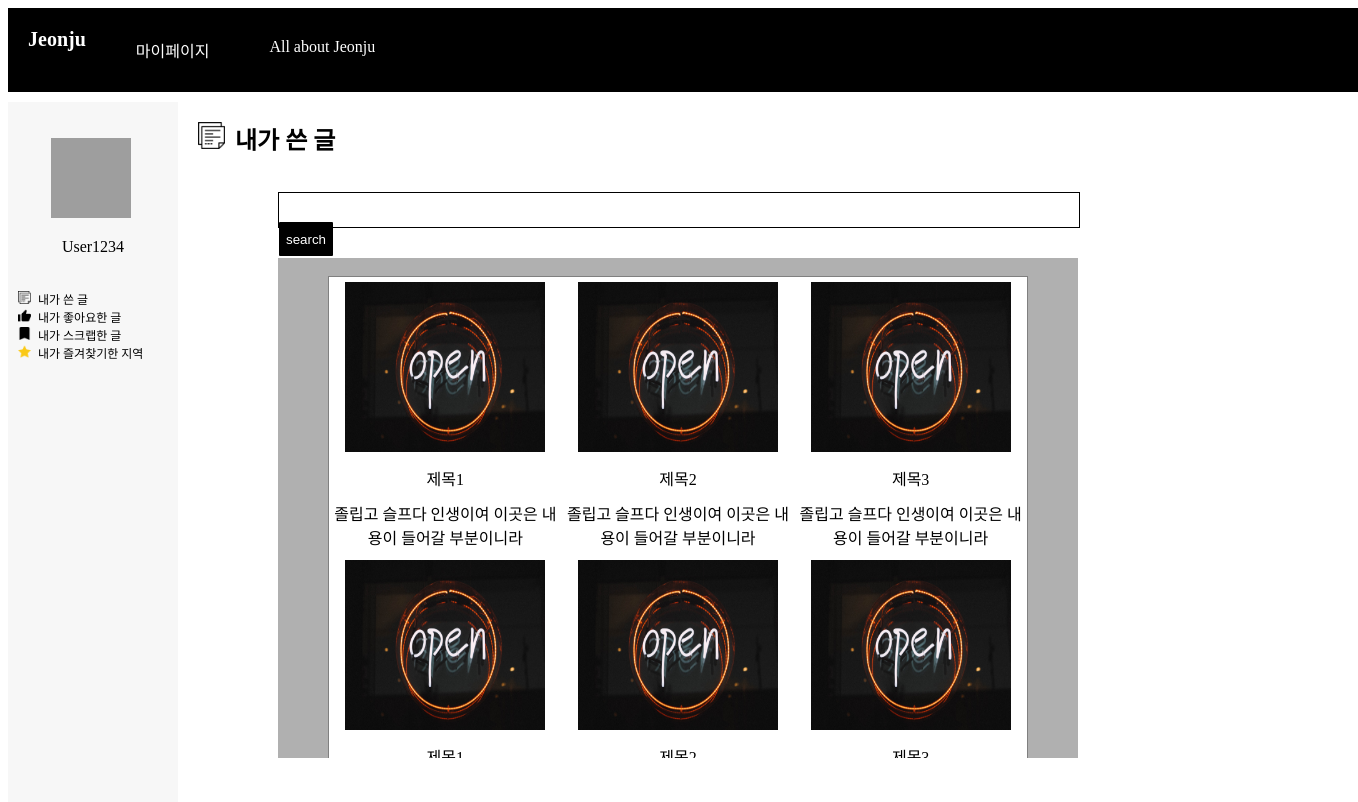
Repository: wka99/WEB-PROJECT
Page: http://localhost/Jeonju/UserPage.html
The author's editor kept a copy of each file at every save. The page is drawn from the files as they stood at one save, then again after the next save.
The browser window is 1280 px wide. The page is 1358 px wide, so the pictures cover 1358 px, including what lies to the right of the window. The pictures show the whole page.
Pictures or frames that could not be fetched are drawn as grey boxes. An inner scrolling area shows only its first screen. Some web libraries are served in a nearby version. The page is served by Tomcat 9.

Above is the page before, as saved 2018-12-03 08:14:32.

After the next save:
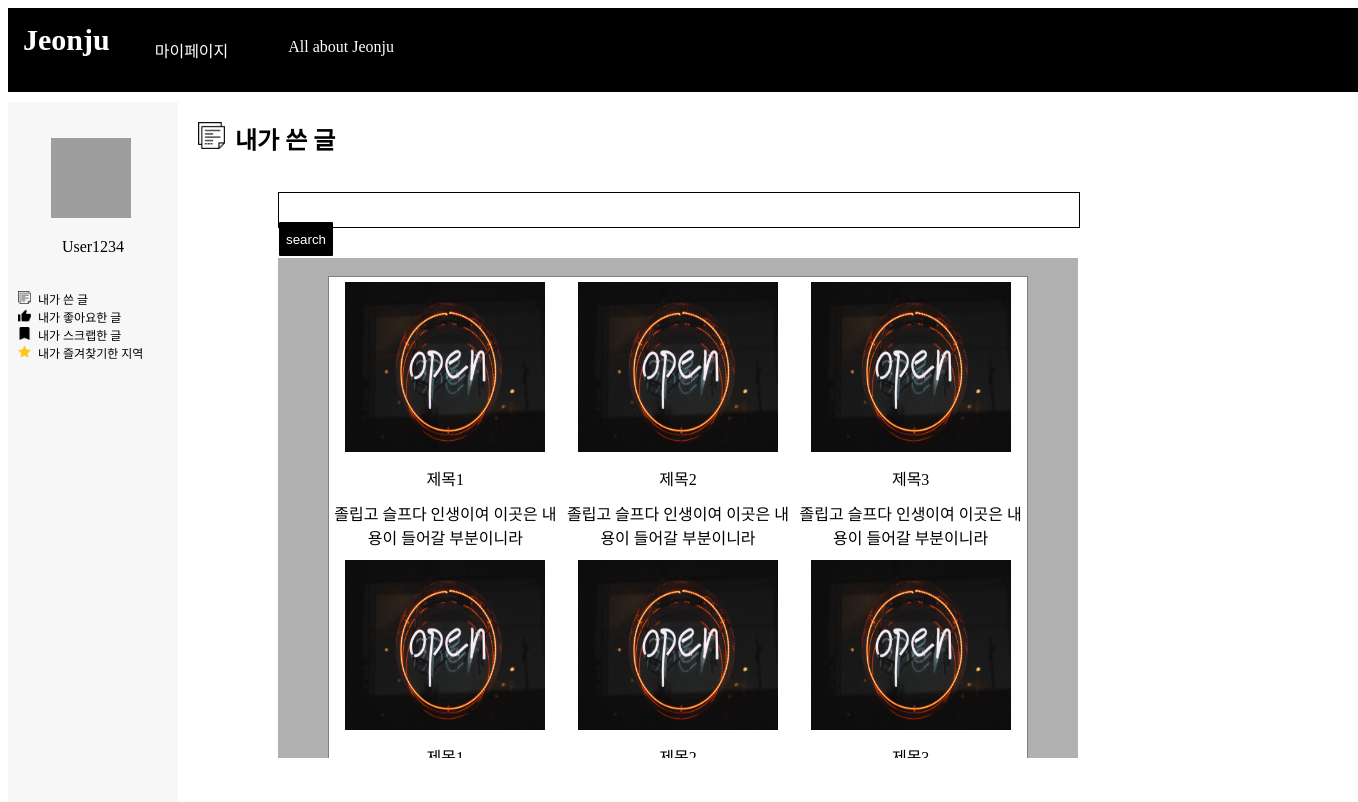
Saved 12 s later.
--- a/Jeonju/WebContent/NewFile.css
+++ b/Jeonju/WebContent/NewFile.css
@@ -30,9 +30,9 @@
     	display:block;
     	color:white;
     	text-align:center;
-    	padding:20px 20px;
+    	padding:15px 15px;
     	text-decoration:none;
-    	font-size:20px;
+    	font-size:30px;
     }
     .menubar li ul{
     	opacity:0.8;
